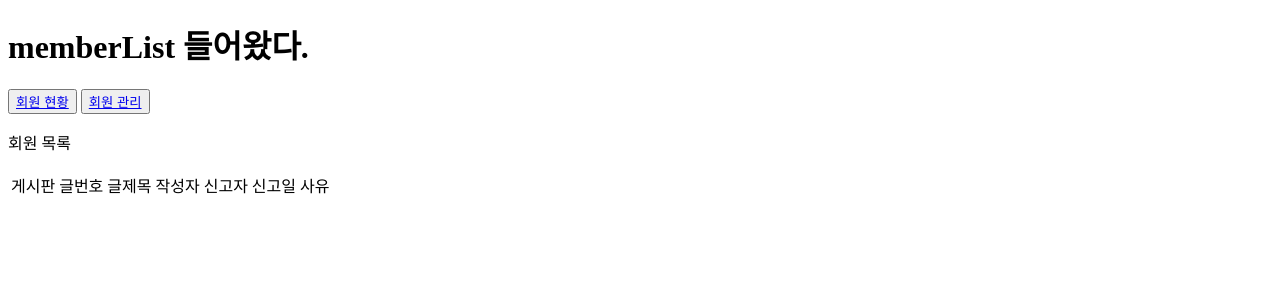
Repository: banana1531/ggs
Page: http://localhost/ggs/WEB-INF/views/admin/memberList.jsp
These files come from the project's save history. The page is drawn as it stood at one moment and after the next save; the edit follows.
The browser window is 1280 px wide. The pictures show the whole page.
The page is served by Tomcat 9. Nobody is signed in. The template is opened directly, without the code that normally fills it, so the values that code supplies are empty.

Above is the page before, as saved 2020-07-10 02:46:06.

After the next save:
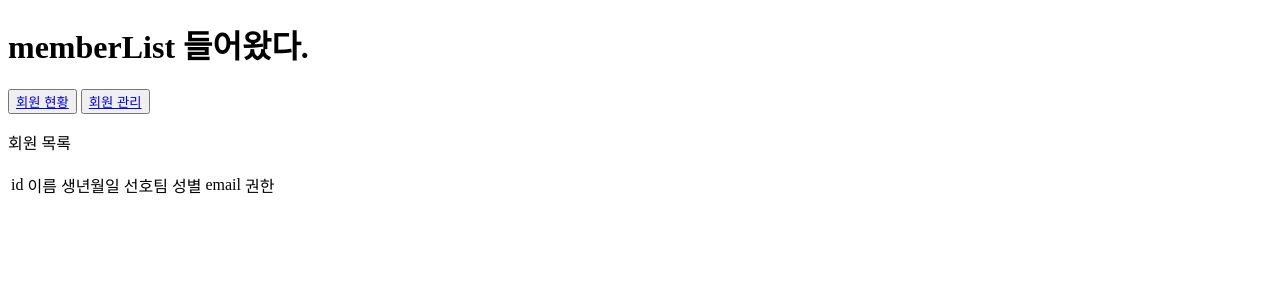
Saved 3 min 53 s later.
--- a/99s/ggs/src/main/webapp/WEB-INF/views/admin/memberList.jsp
+++ b/99s/ggs/src/main/webapp/WEB-INF/views/admin/memberList.jsp
@@ -17,13 +17,13 @@
 	<p>회원 목록</p>
 		<table class="table">
 			<tr>
-				<td>게시판</td>
-				<td>글번호</td>
-				<td>글제목</td>
-				<td>작성자</td>
-				<td>신고자</td>
-				<td>신고일</td>
-				<td>사유</td>
+				<td>id</td>
+				<td>이름</td>
+				<td>생년월일</td>
+				<td>선호팀</td>
+				<td>성별</td>
+				<td>email</td>
+				<td>권한</td>
 			</tr>
 			<c:forEach items="${memberList}" var="list">
 				<tr class="dto">
